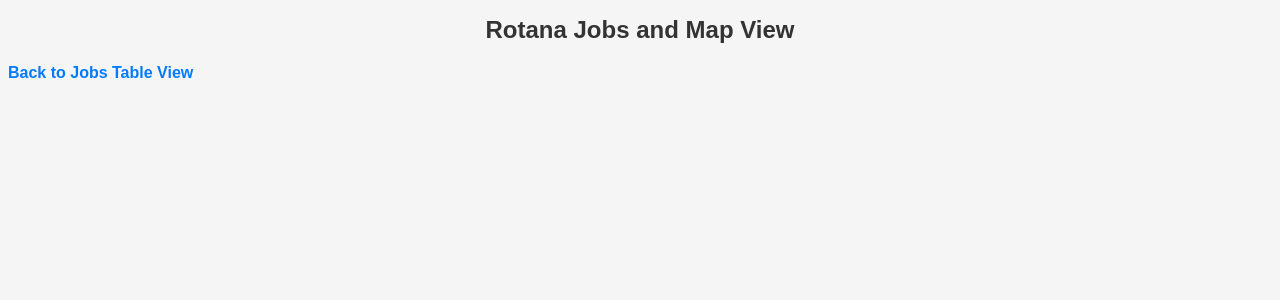
Repository: Reham28/RotanaJobs
Page: public/map.html
An editor plug-in stored every save of this project. The page is shown before and after the next save, followed by the edit.
The browser window is 1280 px wide. The pictures show the whole page.

Above is the page before, as saved 2023-09-16 19:25:29.

### public/map.html
<!DOCTYPE html>
<html lang="en">
<head>
  <meta charset="UTF-8">
  <meta name="viewport" content="width=device-width, initial-scale=1.0">
  <title>Rotana Job Map View</title>
  <link rel="stylesheet" href="style.css">
</head>
<body>
    <h1>Rotana Jobs and Map View</h1>
    <div class="top-bar">
        <div class="nav-link">
          <a href="index.html">Back to Jobs Table View</a>
        </div>
      </div>


  <div id="map"></div>

  <script src="map.js"></script>
</body>
</html>

### public/style.css
body {
    font-family: Arial, sans-serif;
  }

  h1 {
    text-align: center;
  }

  table {
    border-collapse: collapse;
    width: 50%;
    margin: 0 auto;
  }

  th, td {
    border: 1px solid #ddd;
    padding: 8px;
    text-align: left;
  }

  tr:nth-child(even) {
    background-color: #f2f2f2;
  }

  #map {
    height: 500px;
    width: 80%;
    margin: 0 auto;
  }

  body {
    font-family: Arial, sans-serif;
    background-color: #f5f5f5;
  }

  .container {
    background-color: #fff;
    border-radius: 10px;
    box-shadow: 0 0 20px rgba(0, 0, 0, 0.1);
    padding: 10px;
    max-width: 800px;
    margin: 10px auto;
  }

  h1 {
    text-align: center;
    font-size: 24px;
    color: #333;
  }

  table {
    width: 90%;
    border-collapse: collapse;
    margin-top: 20px;
    background-color: #f9f9f9;
    border-radius: 8px;
  }

  th, td {
    padding: 6px 6px;
    text-align: left;
  }

  th {
    background-color: #007bff;
    color: #fff;
  }

  tr:nth-child(even) {
    background-color: #f3f0f0;
  }

  tr:hover {
    background-color: #ddd;
  }
  /**/
  .top-bar {
    display: flex;
    justify-content: space-between;
    align-items: center;
    margin-top: 20px;
    margin-right: 20px;
  }

  .nav-link a {
    text-decoration: none;
    font-weight: bold;
    font-size: 16px;
    color: #007bff;
  }

  .nav-link a:hover {
    color: #0056b3;
  }


  .search {
    display: flex;
    align-items: center;
  }

  .search input {
    padding: 8px;
    margin-right: 10px;
  }

  .search button {
    padding: 8px 16px;
  }

### public/map.js
function initMap() {
    fetch('/jobs')
      .then(response => response.json())
      .then(data => {
        const map = new google.maps.Map(document.getElementById('map'), {
          center: { lat: 0, lng: 0 },
          zoom: 2
        });

        data.forEach(job => {
          const infowindow = new google.maps.InfoWindow({
            content: `<h3>${job.title}</h3><p>${job.location}</p>`
          });

          const geocoder = new google.maps.Geocoder();
          geocoder.geocode({ address: job.location }, (results, status) => {
            if (status === 'OK' && results[0]) {
              const marker = new google.maps.Marker({
                position: results[0].geometry.location,
                map: map,
                title: job.title
              });

              marker.addListener('click', () => {
                infowindow.open(map, marker);
              });
            }
          });
        });
      })
      .catch(error => console.error('Error:', error));
  }

After the next save:
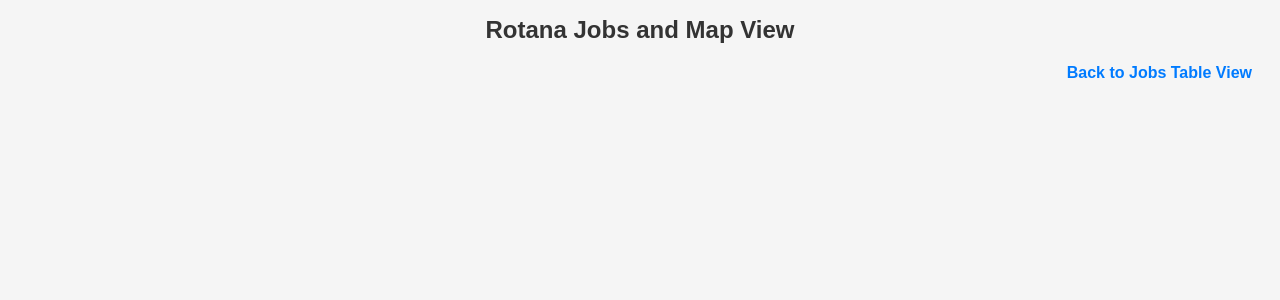
Saved 68 s later.
--- a/public/style.css
+++ b/public/style.css
@@ -76,10 +76,14 @@
   /**/
   .top-bar {
     display: flex;
-    justify-content: space-between;
+    justify-content: flex-end; /* Aligns items to the right */
     align-items: center;
     margin-top: 20px;
     margin-right: 20px;
+  }
+
+  .nav-link {
+    margin-left: auto; /* Pushes the link to the right */
   }
 
   .nav-link a {
@@ -92,6 +96,7 @@
   .nav-link a:hover {
     color: #0056b3;
   }
+
 
 
   .search {
